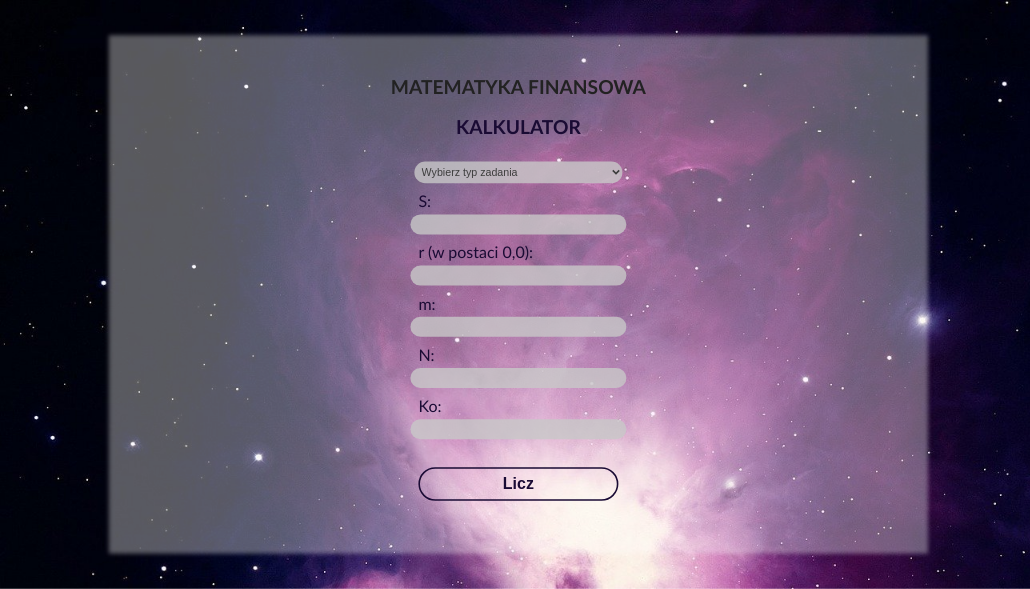
Repository: ravkita/MFCalc
Page: index.html
These files come from the project's save history. The page is drawn as it stood at one moment and after the next save; the edit follows.
The browser window is 1280 px wide. The page is 1288 px wide, so the pictures cover 1288 px, including what lies to the right of the window. The pictures show the whole page, at 80% of full size.

Above is the page before, as saved 2021-04-12 20:08:39.

### index.html
<!DOCTYPE html>
<html lang="en">
<head>
    <meta charset="UTF-8">
    <meta http-equiv="X-UA-Compatible" content="IE=edge">
    <meta name="viewport" content="width=device-width, initial-scale=1.0">
    <title>Kalkulator</title>

    <style type="text/css">
        body{
            font-family: 'Gill Sans', 'Gill Sans MT', Calibri, 'Trebuchet MS', sans-serif;
            background-image: url('bg.jpg');
            width: 100vw;
            height: 100vh;
            overflow: hidden;
            display: flex;
            justify-content: center;
            align-items: center;
        }
        .popout{
            width: 80%;
            height: 90vh;
            position: relative;
        }
        .popout .bg{
            width: 100%;
            height: 100%;
            background: rgba(255, 255, 255, 0.35);
            filter: blur(2.55px);
            position: absolute;
            top: 0;
            left: 0;
            z-index: -1;
        }
        .header{
            width: 100%;
            display: flex;
            flex-direction: column;
            justify-content: center;
            align-items: center;
        }
        .title{
            color: #222;
            margin-top: 50px;
            margin-bottom: 10px;
        }
        .subtitle{
            margin-top: 10px;
            color: #1A0B34;
        }

        #form{
            display: flex;
            flex-direction: column;
            justify-content: center;
            align-items: center;
        }
        .formItem{
            display: flex;
            justify-content: flex-start;
            align-items: flex-start;
            flex-direction: column;
            margin-top: 10px;
        }
        select, input[type="number"]{
            width: calc(100vh/2 - 100px);
            outline: 0;
            border: 0;
            background: rgba(201, 201, 201, 0.8);
            border-radius: 20px;
            padding: 5px;
            color: #3d3d3d;
        }
        select:focus, input[type="number"]:focus{
            box-shadow: 0 4px 10px rgba(201, 201, 201, 0.35);
        }
        label{
            padding-left: 10px;
            padding-bottom: 5px;
            color: #1A0B34;
            font-size: 20px;
        }
        input[type="button"]{
            margin-top: 35px;
            background: transparent;
            width: 250px;
            border: solid 2px #1A0B34;
            color: #1A0B34;
            border-radius: 30px;
            font-size: 20px;;
            padding: 7.5px 0;
            font-weight: 600;
            outline: none;
            transition: all .3s ease-in;
        }
        input[type="button"]:hover{
            background: #1A0B34;
            color: #fff;
            cursor: pointer;
        }
    </style>
</head>
<body>
    <section class="popout">
        <div class="bg"></div>
        <header class="header">
            <h1 class="title">MATEMATYKA FINANSOWA</h1>
        <h2 class="subtitle">KALKULATOR</h2>
        </header>
        <form action="" id="form">
            <div class="formItem">
                <select name="type" id="typ">
                <option default>Wybierz typ zadania</option>
                <option value="1">zmienna rata</option>
                <option value="2">zmienne płatności</option>
                <option value="3">narastanie kapitału</option>
            </select>
            </div>
            <div class="formItem"><label for="S">S:</label> <input type="number" name="S" class="s"></div>
            <div class="formItem"><label for="r">r (w postaci 0,0):</label> <input type="number" name="r" class="r"></div>
            <div class="formItem"><label for="m">m:</label> <input type="number" name="m" class="m"></div>
            <div class="formItem"><label for="N">N:</label> <input type="number" name="N" class="N"></div>
            <div class="formItem"><label for="Ko">Ko:</label> <input type="number" name="Ko" class="Ko"></div>
            <input type="button" name="confirm" id="confirm" value="Licz">
        </form>
        <div class="result">
            <div class="cell cell-1"></div>
            <div class="cell cell-2"></div>
            <div class="cell cell-3"></div>
            <div class="cell cell-4"></div>
        </div>
    </section>
    <script type="text/javascript">
        let s;
        let r;
        let m;
        let N;
        let q;
        let a;
        let Ko;
        let Sn = [];

        // RATY


        function rataStała(){
            const el = document.createElement("p");
            let t = s/(m*N);
            el.innerText = `T: ${t}`;
            document.querySelector('.cell-1').appendChild(el);
        }
        function rataZmienna(){
            let tn = [];
            let sumaTn = 0;
                for(let i = 1; i<=N*m; i++){
                    const el = document.createElement("p");
                    tn[i-1] = s*((Math.pow(q, i) - Math.pow(q, i-1))/(Math.pow(q, m*N) - 1));
                    sumaTn += tn[i-1];
                    el.innerText = `T${i}: ${tn[i-1]}`;
                    document.querySelector('.cell-1').appendChild(el);
                }
                const suma = document.createElement("p");
            suma.innerText = `Suma rat: ${sumaTn}`;
            document.querySelector('.cell-1').appendChild(suma);
        }

        //KWOTA PŁATNOŚCI

        function kwotaPlatnosciStala(){
            const el = document.createElement("p");
            a = s*Math.pow(q, m*N)*((q-1)/(Math.pow(q, m*N)-1));
            el.innerText = `A: ${a}`;
            document.querySelector('.cell-2').appendChild(el);
        }
        function kwotaPlatnosciZmienna(){
            for(let i = 1; i<=N*m; i++){
                const el = document.createElement("p");
                let an = (s/(N*m))*[1+((N*m)-i+1)*(r/m)];
                el.innerText = `A${i}: ${an}`;
                document.querySelector('.cell-2').appendChild(el);
            }
        }

        // ODSETKI
        function odsetkiPrzyStalejRacie(){
            let sumaOs = 0;
            for(let i = 1; i<=N*m; i++){
                const el = document.createElement("p");
                let On = s*[1-((i-1)/(N*m))]*(r/m);
                sumaOs += On;
                el.innerText = `O${i}: ${On}`;
                document.querySelector('.cell-3').appendChild(el);
            }
            const suma = document.createElement("p");
            suma.innerText = `Suma odsetek: ${sumaOs}`;
            document.querySelector('.cell-3').appendChild(suma);
        }

        function odsetkiPrzyStalejKwocie(){
            saldoPrzyStałejKwocie();
            let On
            let sumaO = 0;
            for(let i = 1; i<=N*m; i++){
                const el = document.createElement("p");
                if(i === 1){
                     On = s*(r/m);
                     sumaO += On;
                }else{
                     On = Sn[i-2]*(r/m);
                     sumaO += On;
                }

                el.innerText = `O${i}: ${On}`;
                document.querySelector('.cell-3').appendChild(el);
            }
            const suma = document.createElement("p");
            suma.innerText = `Suma odsetek: ${sumaO}`;
            document.querySelector('.cell-3').appendChild(suma);
        }


        //SALDO
        function saldoPrzyStałejKwocie(){
            kwotaPlatnosciStala();
            for(let i = 1; i<=N*m; i++){
                const el = document.createElement("p");
                Sn[i-1] = s*(Math.pow((1+(r/m)), i)) - a*((Math.pow((1+(r/m)), i)-1)/((1+(r/m))-1));
                el.innerText = `S${i}: ${Sn[i-1]}`;
                document.querySelector('.cell-4').appendChild(el);
            }
        }

        function saldoPrzyStałejRacie(){
            for(let i = 1; i<=N*m; i++){
                const el = document.createElement("p");
                let SnS = s*(1-(i/(N*m)));
                el.innerText = `S${i}: ${SnS}`;
                document.querySelector('.cell-4').appendChild(el);
            }
        }


        //NARASTANIE KAPITAŁU

        function narastanieKapitału(){
            for(let i = 1; i<=N; i++){
                const el = document.createElement("p");
                let Kn = Ko*(Math.pow((1+(r/m)), i*m));
                el.innerText = `K${i}: ${Kn}`;
                document.querySelector('.cell-1').appendChild(el);
            }
        }



        function getData(){
            document.getElementById('confirm').addEventListener('click', (e) =>{
                s = document.querySelector('.s').value;
                r = document.querySelector('.r').value;
                m = document.querySelector('.m').value;
                N = document.querySelector('.N').value;
                Ko = document.querySelector('.Ko').value;
                q = 1+(r/m);
                let type = document.querySelector('#typ').value;
                document.querySelector('.result').innerHTML="";

                switch (type){
                    case "1":
                    rataZmienna();
                    kwotaPlatnosciStala();
                    odsetkiPrzyStalejKwocie()
                    break;
                    case "2":
                    rataStała();
                    kwotaPlatnosciZmienna();
                    odsetkiPrzyStalejRacie();
                    saldoPrzyStałejRacie();
                    break;
                    case "3":
                    narastanieKapitału();
                }
            });
        }
        getData();
    </script>
</body>
</html>

After the next save:
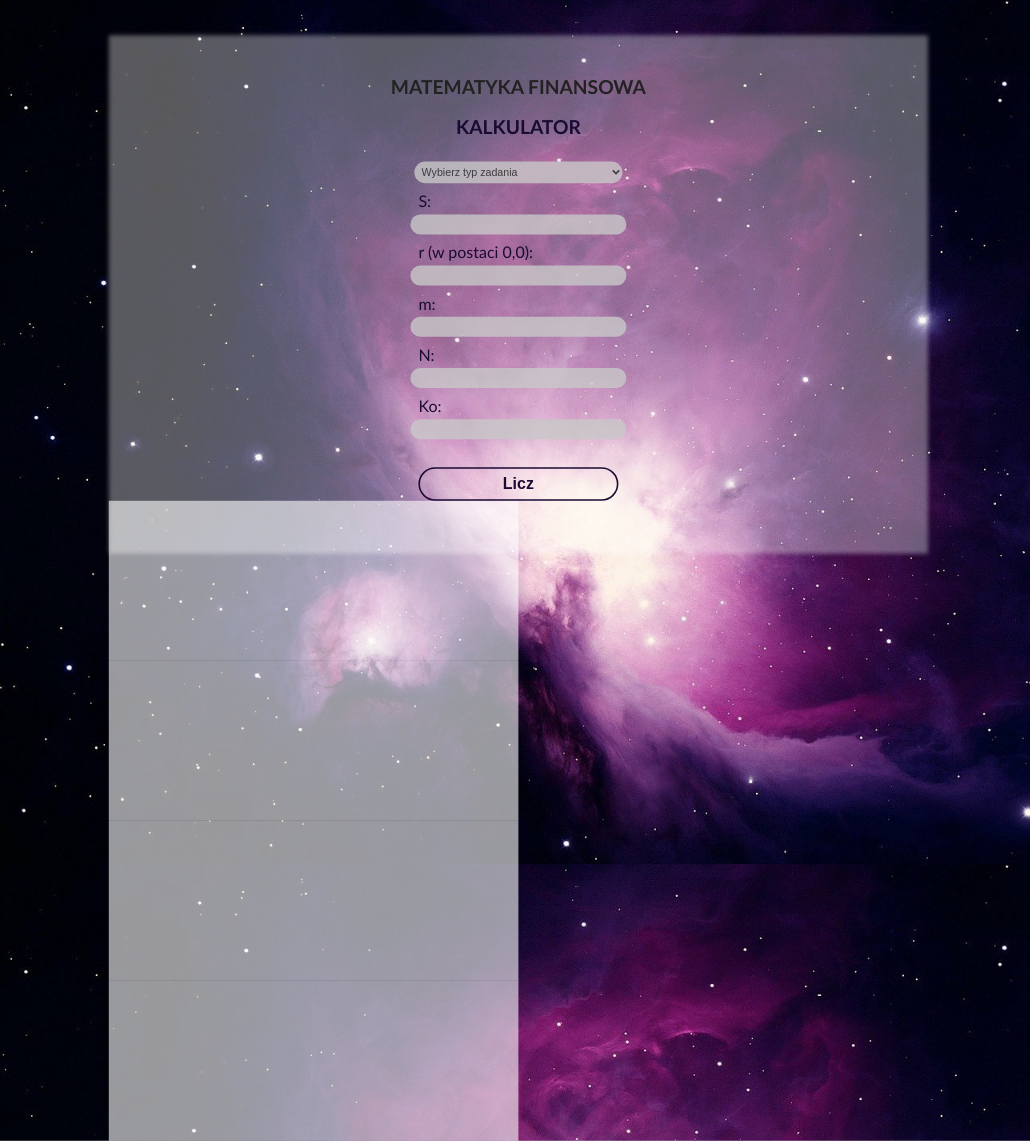
Saved 2 min 0 s later.
--- a/index.html
+++ b/index.html
@@ -97,6 +97,14 @@
             background: #1A0B34;
             color: #fff;
             cursor: pointer;
+        }
+        .result{
+
+        }
+        .cell{
+            width: 50%;
+            min-height: 200px;
+            background: rgba(255, 255, 255, 0.6);
         }
     </style>
 </head>
